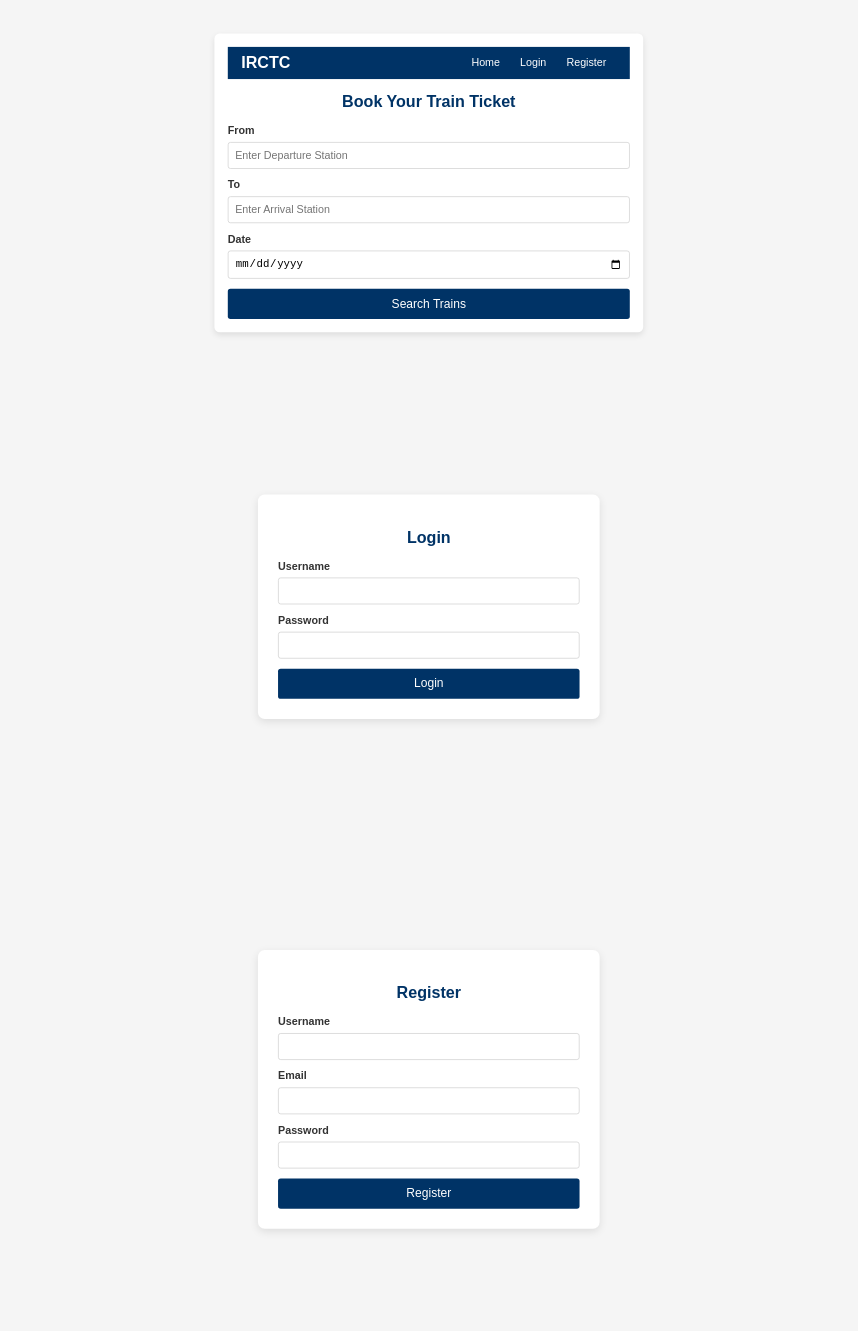
Repository: ssaddamhuss100/IRCTC-Clone
Page: /
These files come from the project's save history. The page is drawn as it stood at one moment and after the next save; the edit follows.
The browser window is 1280 px wide. The pictures show the whole page, at 67% of full size.
The project was rebuilt for these pictures with package versions that can differ from the ones it lists, and the page was loaded fresh each time. Also part of the build but not shown: vite.config.js, src/components/Header/Header.css, src/components/Header/Header.jsx.

Above is the page before, as saved 2025-01-19 11:58:08.

After the next save:
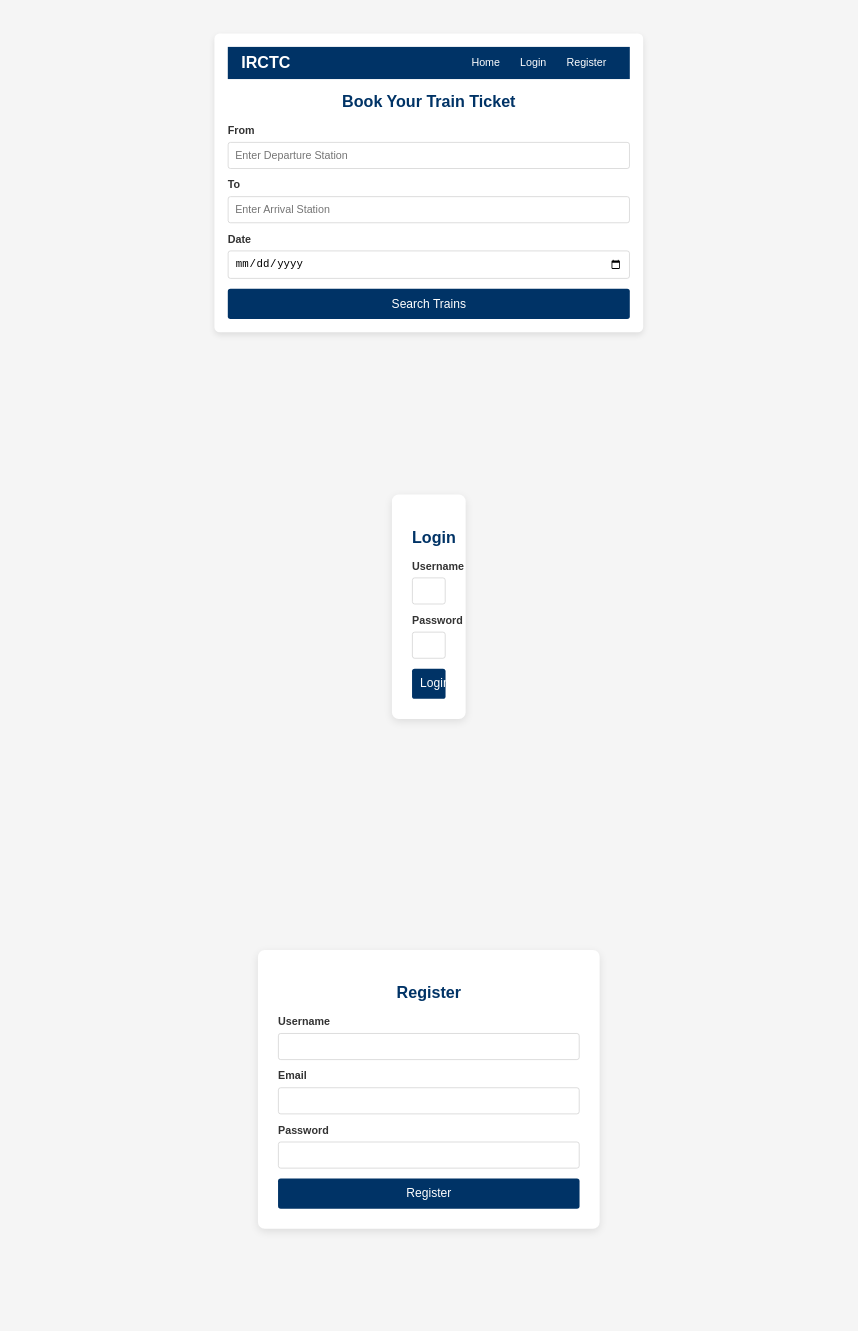
Saved 23 s later.
--- a/src/pages/Login/Login.css
+++ b/src/pages/Login/Login.css
@@ -14,7 +14,7 @@
   border-radius: 10px; /* Rounded corners */
   box-shadow: 0 4px 12px rgba(0, 0, 0, 0.1); /* Soft shadow */
   width: 100%; /* Full width of container */
-  max-width: 450px; /* Max width to limit form size */
+  max-width: 50px; /* Max width to limit form size */
 }
 
 /* Form heading */
